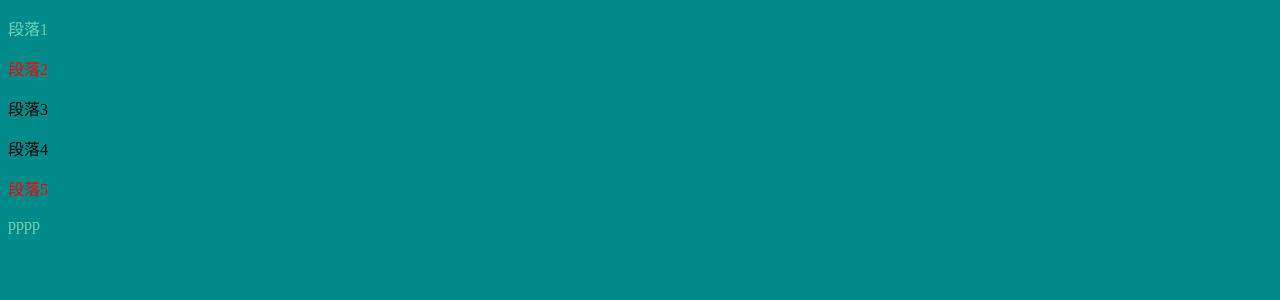
Repository: LstHeart/html-learning
Page: css3/CSS3选择器.html
An editor plug-in stored every save of this project. The page is shown before and after the next save, followed by the edit.
The browser window is 1280 px wide. The pictures show the whole page.

Above is the page before, as saved 2021-01-07 22:23:10.

After the next save:
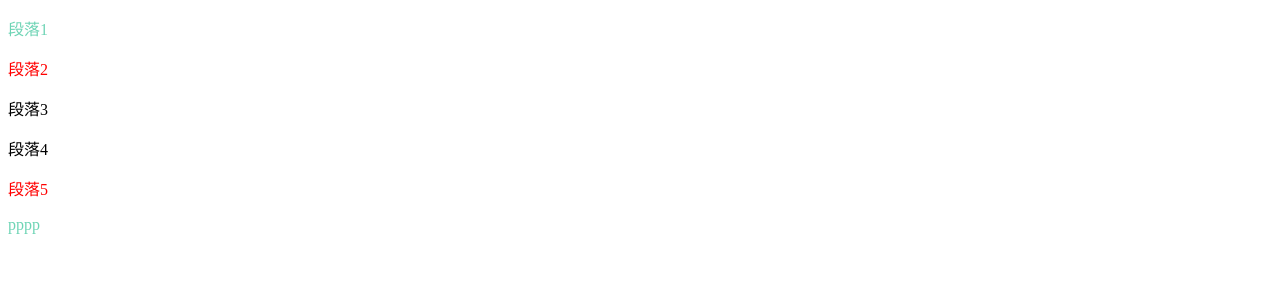
Saved 30 s later.
--- a/css3/CSS3选择器.css
+++ b/css3/CSS3选择器.css
@@ -18,9 +18,9 @@ p[class*="p"] {
 
 /* 结构性伪类选择器 */
 /* 1) :root 匹配html标签,与body选择器效果一样*/
-:root {
+/* :root {
   background-color: darkcyan;
-}
+} */
 /* 2) 子元素选择
     :nth-child(n):第n个子元素
     */
